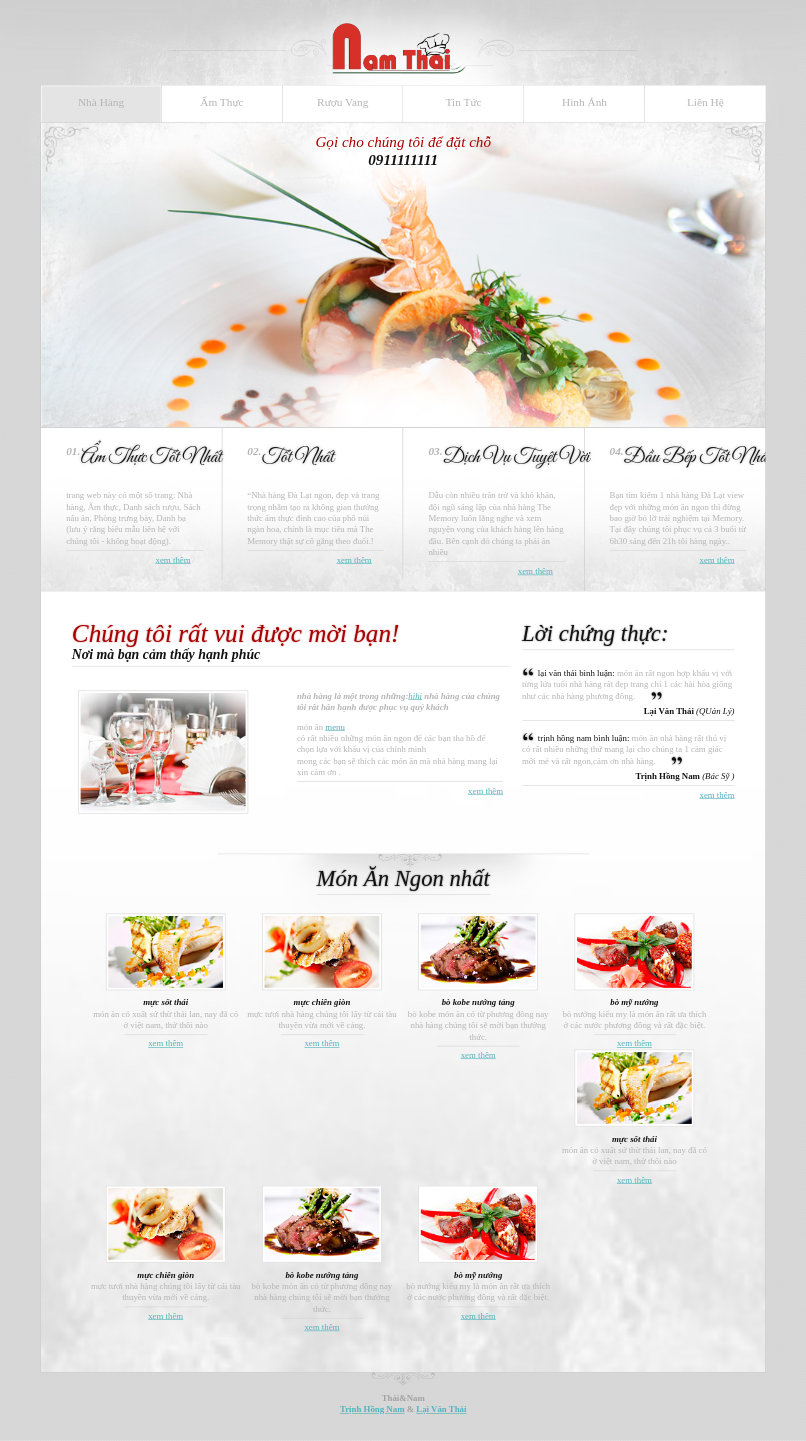
Repository: thaiLVT/DoAnThucTapNamThai
Page: index.html
These files come from the project's save history. The page is drawn as it stood at one moment and after the next save; the edit follows.
The browser window is 1280 px wide. The pictures show the whole page, at 63% of full size.

Above is the page before, as saved 2022-05-04 00:59:31.

After the next save:
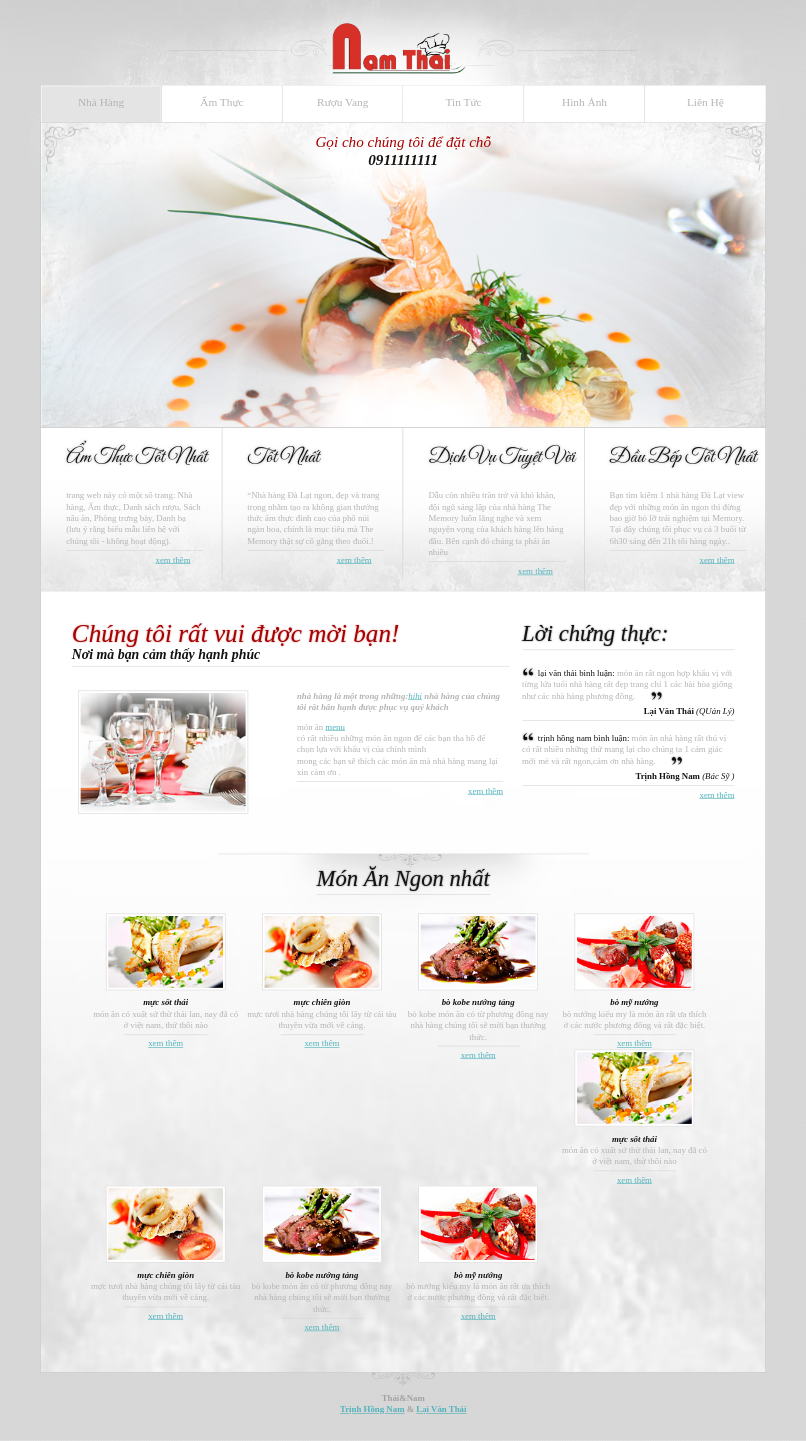
Saved 30 s later.
--- a/index.html
+++ b/index.html
@@ -60,7 +60,6 @@
                         <div class="col-1-4">
                             <div class="pad border-right">
                                 <div class="block-1-title">
-                                    <span>01.</span>
                                     <div class="text-1">ẩm thực tốt nhất</div>
                                     <strong class="clear"></strong>
                                 </div>
@@ -71,7 +70,6 @@
                         <div class="col-1-4">
                             <div class="pad border-right">
                                 <div class="block-1-title">
-                                    <span>02.</span>
                                     <div class="text-1">tốt nhất</div>
                                     <strong class="clear"></strong>
                                 </div>
@@ -82,7 +80,6 @@
                         <div class="col-1-4">
                             <div class="pad border-right">
                                 <div class="block-1-title">
-                                    <span>03.</span>
                                     <div class="text-1">dịch vụ tuyệt vời </div>
                                     <strong class="clear"></strong>
                                 </div>
@@ -93,7 +90,6 @@
                         <div class="col-1-4">
                             <div class="pad">
                                 <div class="block-1-title">
-                                    <span>04.</span>
                                     <div class="text-1">đầu bếp tốt nhất</div>
                                     <strong class="clear"></strong>
                                 </div>
